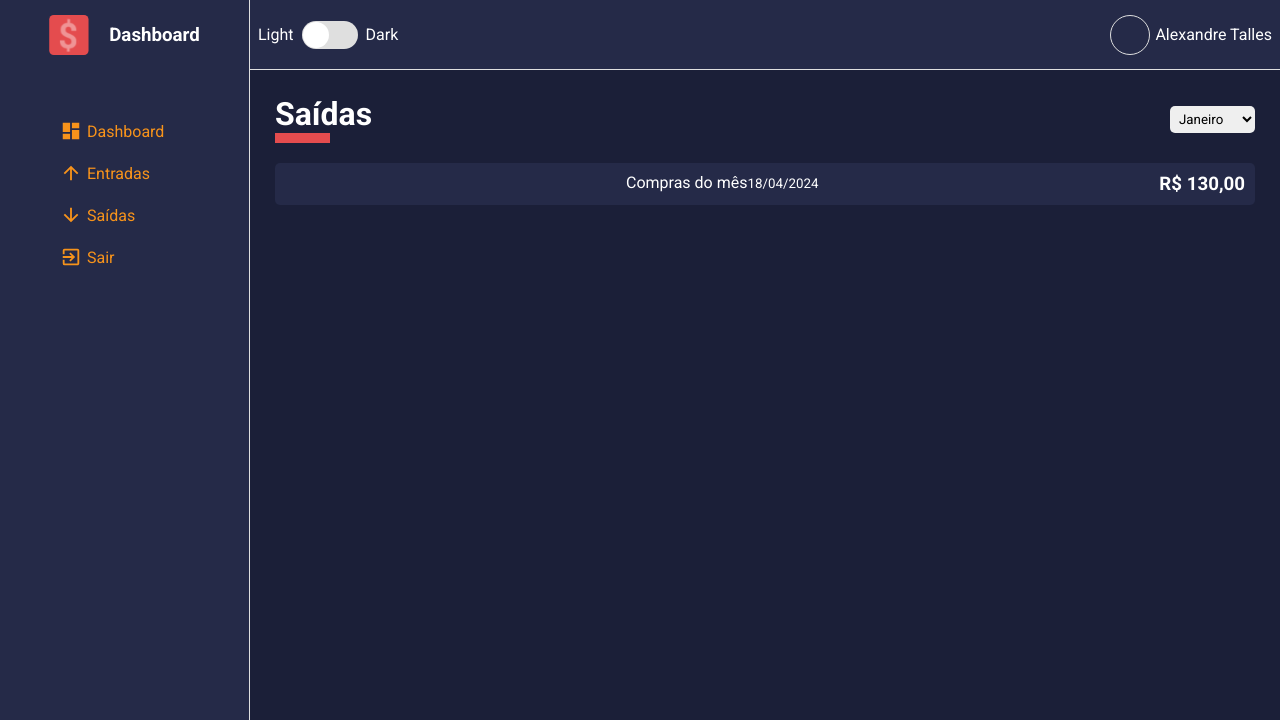
Repository: XFERRER7/dashboard
Page: /
The author's editor kept a copy of each file at every save. The page is drawn from the files as they stood at one save, then again after the next save.
The browser window is 1280 px wide. The pictures show the whole page.
The project was rebuilt for these pictures with package versions that can differ from the ones it lists, and the page was loaded fresh each time. Also part of the build but not shown: vite.config.ts.

Above is the page before, as saved 2022-07-11 16:48:08.

After the next save:
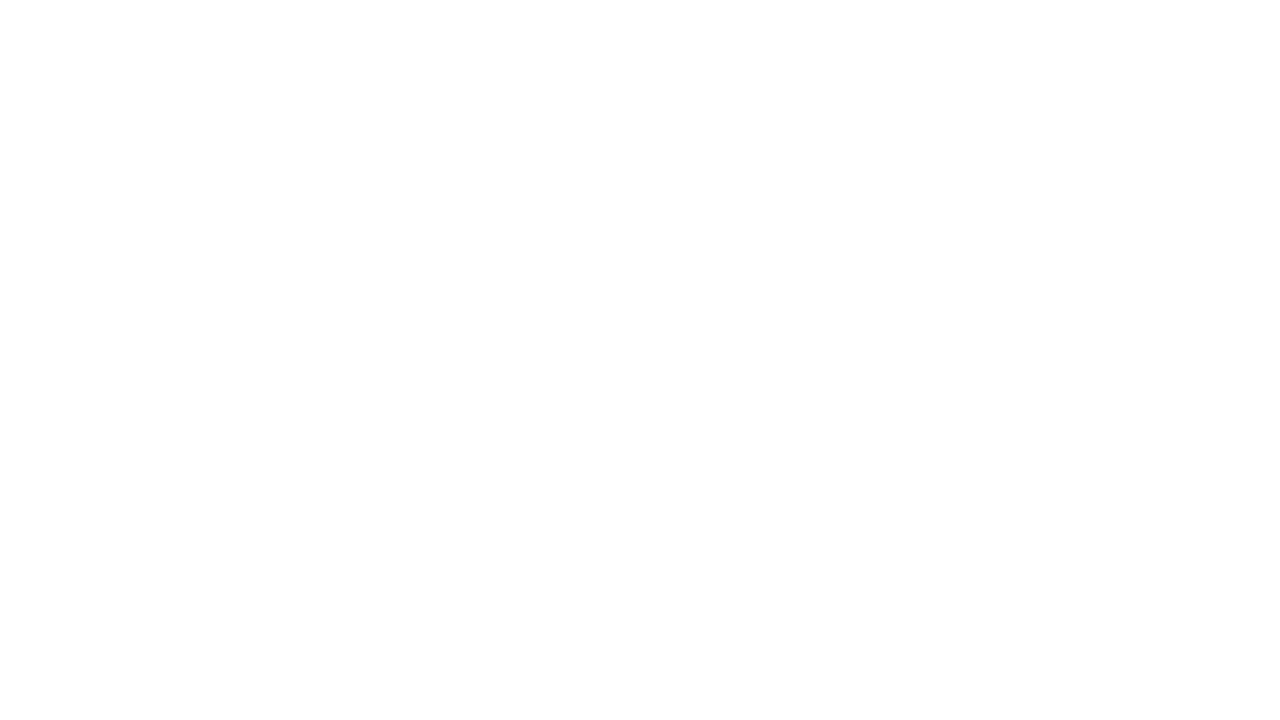
Console error: ReferenceError: InfoCard is not defined
Saved 54 s later.
--- a/src/components/CardFinance/index.tsx
+++ b/src/components/CardFinance/index.tsx
@@ -13,10 +13,10 @@ export const CardFinance = () => {
   return (
     <Container>
       <Highlighter/>
-      <Card>
+      <InfoCard>
         <span>Compras do mês</span>
         <small>18/04/2024</small>
-      </Card>
+      </InfoCard>
       <h3>R$ 130,00</h3>
     </Container>
   )

After the 2 saves that followed:
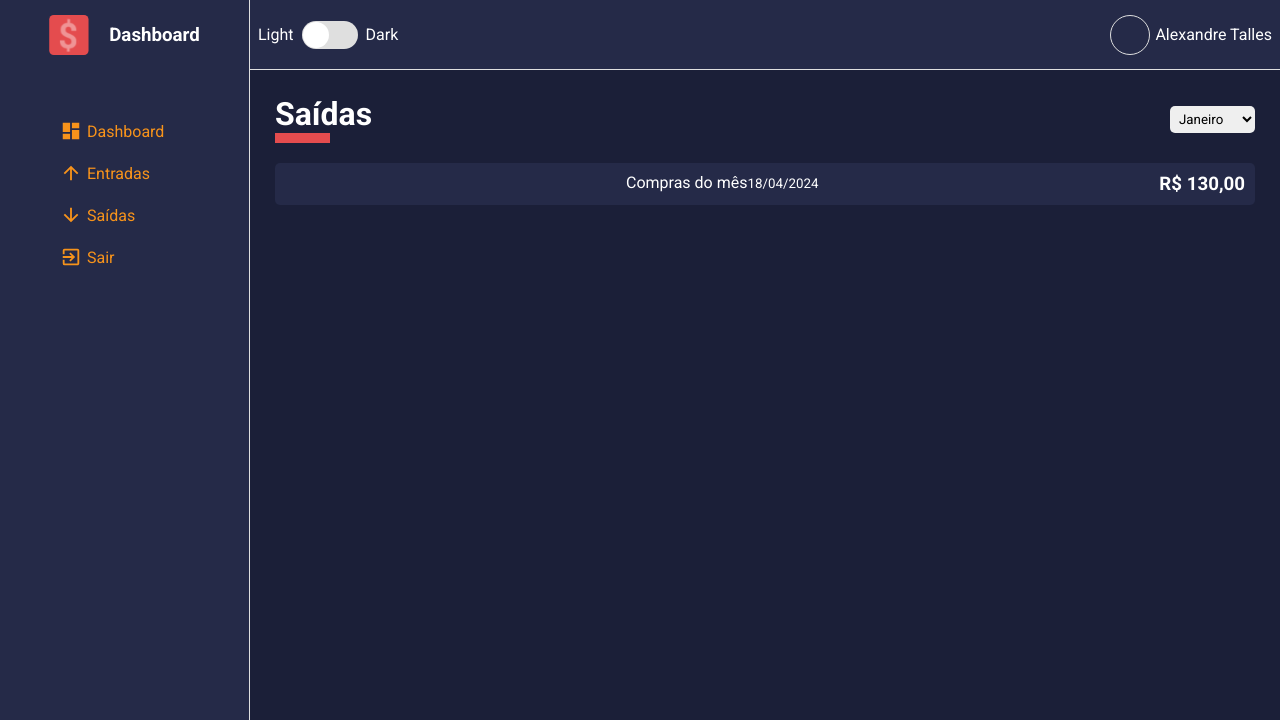
The error is gone.
The 2 saves are shown as one change because 1 did not build or start.
The last was saved 7 s later.
--- a/src/components/CardFinance/index.tsx
+++ b/src/components/CardFinance/index.tsx
@@ -2,7 +2,7 @@
 import { Toggle } from '../../MiniComponents/Toggle'
 import {
   Container,
-  Card,
+  InfoCard,
   Highlighter
 }
   from './Styles'
--- a/src/components/CardFinance/Styles.ts
+++ b/src/components/CardFinance/Styles.ts
@@ -9,7 +9,7 @@ export const Container = styled.div`
   justify-content: space-between;
 `
 
-export const Card = styled.div`
+export const InfoCard = styled.div`
 
 `
 
